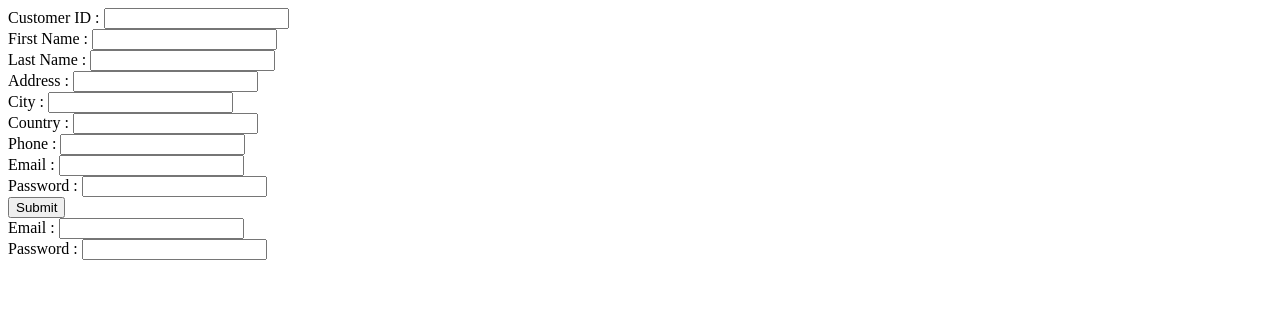
Repository: hassaanbk/CruiseBookingAndManaging
Page: http://localhost/home
An editor plug-in stored every save of this project. The page is shown before and after the next save, followed by the edit.
The browser window is 1280 px wide. The pictures show the whole page.
The page is this project's Thymeleaf template; nobody is signed in. The template is opened directly, without the code that normally fills it, so the values that code supplies are empty.

Above is the page before, as saved 2022-12-12 01:29:27.

### CustomerMicroService/src/main/resources/templates/home.html
<!DOCTYPE html>

<html xmlns:th="http://www.thymeleaf.org">

<head>

<meta charset="ISO-8859-1">

<title>Insert title here</title>

</head>

<body>

      <form action="register" method="POST">

      Customer ID : <input type="text" name="custId"/> </br>

      First Name : <input type="text" name="firstName"/></br>

      Last Name : <input type="text" name="lastName"/></br>

      Address : <input type="text" name="address"/></br>

      City : <input type="text" name="city"/></br>

      Country : <input type="text" name="country"/></br>

      Phone : <input type="text" name="phone"/></br>

      Email : <input type="email" name="email"/></br>

      Password : <input type="password" name="password"/></br>

      <input type="submit" name="Add Employee"/>

      </form>

      <form action="login" method="POST">

      Email : <input type="email" name="email"/></br>

      Password : <input type="password" name="password"/></br>

	  </form>

</body>

</html>

After the next save:
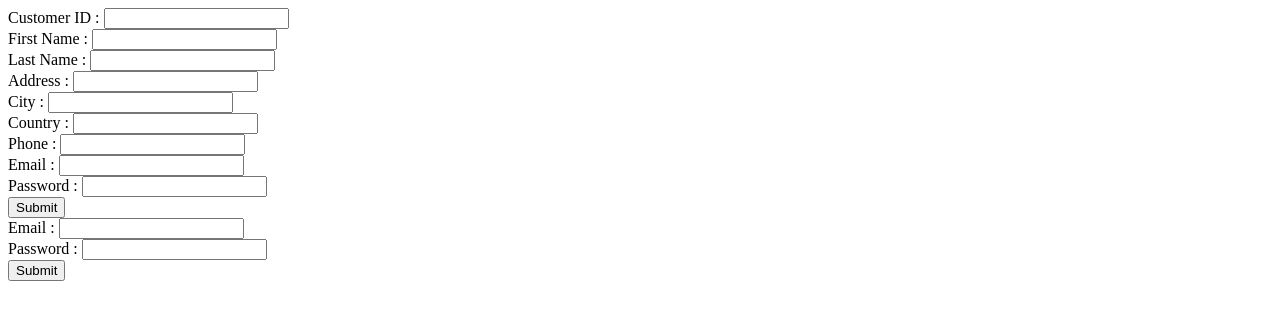
Saved 52 s later.
--- a/CustomerMicroService/src/main/resources/templates/home.html
+++ b/CustomerMicroService/src/main/resources/templates/home.html
@@ -42,6 +42,8 @@
 
       Password : <input type="password" name="password"/></br>
 
+      <input type="submit" name="Login"/>
+
 	  </form>
 
 </body>
